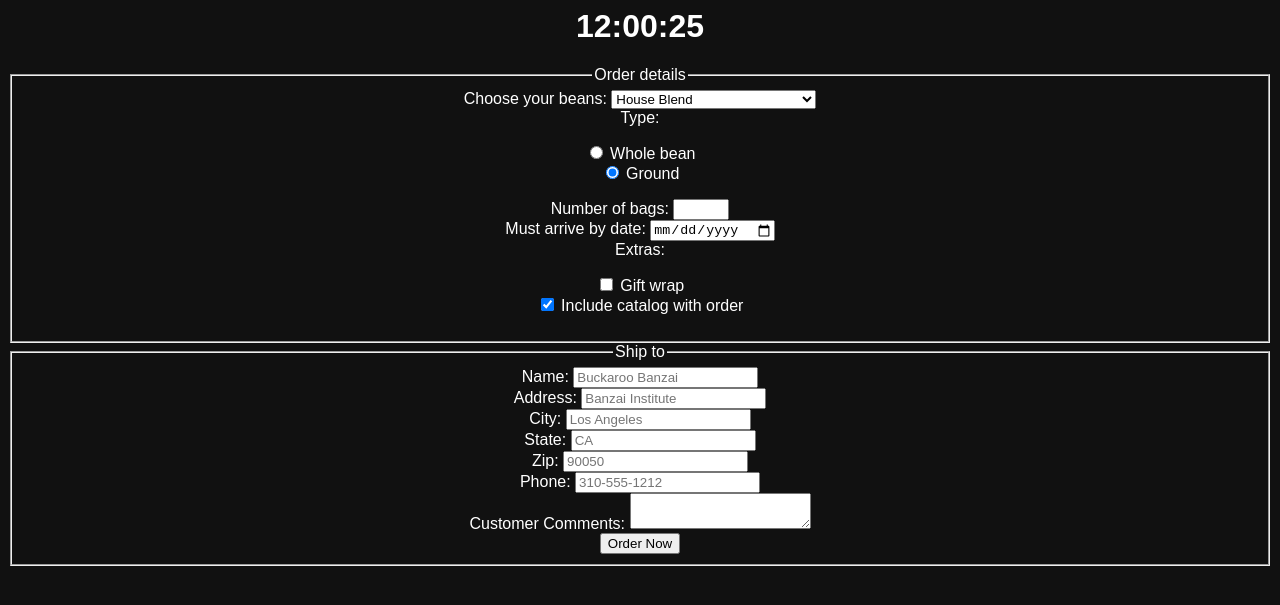
Repository: 43320888/upwork
Page: popup/index.html
The author's editor kept a copy of each file at every save. The page is drawn from the files as they stood at one save, then again after the next save.
The browser window is 1280 px wide. The pictures show the whole page.

Above is the page before, as saved 2019-01-24 10:57:59.

### popup/index.html
<meta http-equiv="Content-Type" content="text/html;charset=UTF-8">
<style>
	form{
		border-spacing: 10px;
	}
</style>
<body style="background:#111; color:#fff; font-family: Arial, Helvetica, sans-serif; text-align: center">
	<h1><div></div><script src="timer.js"></script></h1>
	<form action="http://www.starbuzzcoffee.com/processorder.php" method="post">
		<fieldset>
			<legend>Order details</legend>
			<div class="tableRow">
				<label for="beans">
				  Choose your beans:
				</label>
		    <select id="beans" name="beans">
		      <option value="House Blend">House Blend</option>
		      <option value="Bolivia">Shade Grown Bolivia Supremo</option>
		      <option value="Guatemala">Organic Guatemala</option>
		      <option value="Kenya">Kenya</option>
		    </select>
			</div>
			<div class="tableRow">
				<label>Type:</label>
				<p>
				   <input type="radio" id="whole_beantype" name="beantype" value="whole">
						<label for="whole_beantype">Whole bean</label><br>
			    <input type="radio" id="ground_beantype" name="beantype" value="ground" checked>
				    <label for="ground_beantype">Ground</label>
				</p>
			</div>
			<div class="tableRow">
				<label for="bags">Number of bags:</label>
				<input type="number" id="bags" name="bags" min="1" max="10">
			</div>
			<div class="tableRow">
				<label for="date">Must arrive by date:</label>
				<input type="date" name="date">
			</div>
			<div class="tableRow">
				<label>Extras:</label>
				<p>
			    <input type="checkbox" id="giftwrap_extras" name="extras[]" value="giftwrap">
						<label for="giftwrap_extras">Gift wrap</label><br>
			    <input type="checkbox" id="catalog_extras" name="extras[]" value="catalog" checked>
				    <label for="catalog_extras">Include catalog with order</label>
				</p>
			</div>
		</fieldset>
		<fieldset>
			<legend>Ship to</legend>
			<div class="tableRow">
				<label for="name">Name:</label>
				<input type="text" id="name" name="name" value="" placeholder="Buckaroo Banzai" required>
			</div>
			<div class="tableRow">
				<label for="address">Address:</label>
				<input type="text" id="address" name="address" value="" placeholder="Banzai Institute" required>
			</div>
			<div class="tableRow">
				<label for="city">City:</label>
				<input type="text" id="city" name="city" value="" placeholder="Los Angeles" required>
			</div>
			<div class="tableRow">
				<label for="state">State:</label>
				<input type="text" id="state" name="state" value="" placeholder="CA" required>
			</div>
			<div class="tableRow">
				<label for="zip">Zip:</label>
				<input type="text" id="zip" name="zip" value="" placeholder="90050" required>
			</div>
			<div class="tableRow">
				<label for="phone">Phone:</label>
				<input type="tel" id="phone" name="phone" value="" placeholder="310-555-1212" required>
			</div>
			<div class="tableRow">
				<label for="comments">Customer Comments:</label>
		    <textarea id="comments" name="comments"></textarea>
			</div>
			<div class="tableRow">
				<label></label>
				<input type="submit" value="Order Now">
			</div>
		</fieldset>
	    </form>
</body>

### popup/timer.js
(() => {
	const x = new Date().getTime() + 30000;
	const j = document.querySelector('h1 div');

	const backTimer = () => {
		const i = new Date().getTime();
		if (i < x) {
			j.innerHTML = new Date(x - i).toLocaleTimeString().slice(0, -3);
			setTimeout(backTimer, 500);
		} else {
			// j.innerHTML = "00:00:00";
			document.body.innerHTML = '<h1>Time is over</h1>';
		}
	}
	backTimer();
})();

After the next save:
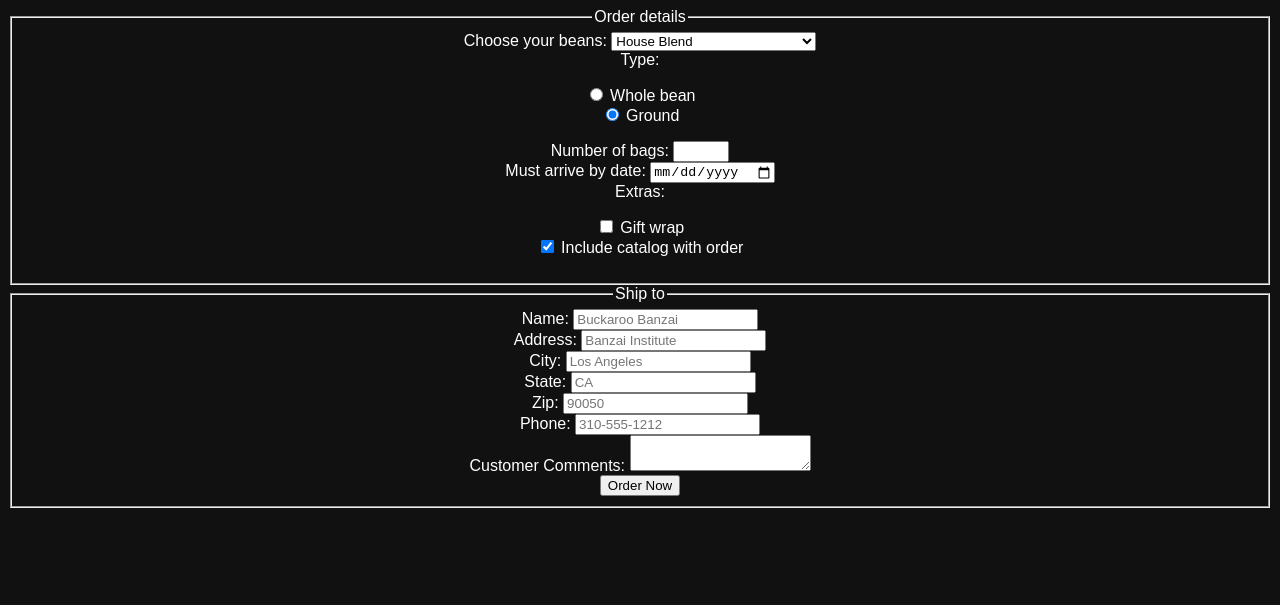
Console error (its wording comes from the project's code and is left out).
Saved 4 min 55 s later.
--- a/popup/timer.js
+++ b/popup/timer.js
@@ -1,11 +1,10 @@
 (() => {
-	const x = new Date().getTime() + 30000;
+	const x = ['00 ', '00 ', 60];
 	const j = document.querySelector('h1 div');
 
 	const backTimer = () => {
-		const i = new Date().getTime();
-		if (i < x) {
-			j.innerHTML = new Date(x - i).toLocaleTimeString().slice(0, -3);
+		if (x[2]) {
+			j.innerHTML = (x[2] - 1).toString(':');
 			setTimeout(backTimer, 500);
 		} else {
 			// j.innerHTML = "00:00:00";

After the 2 saves that followed:
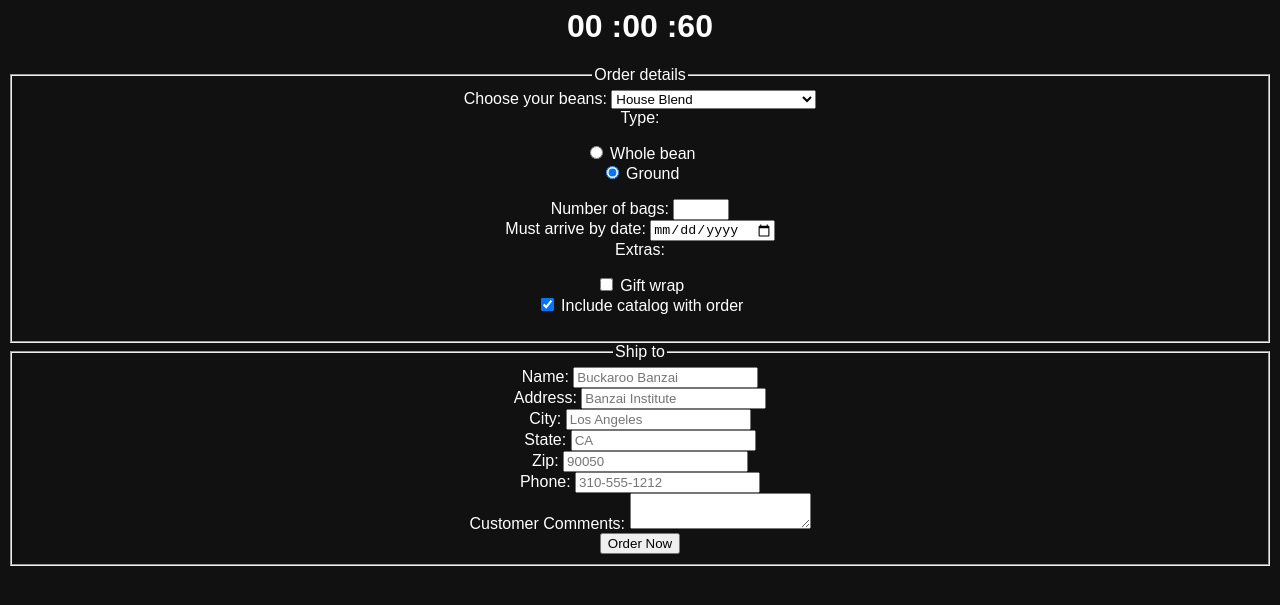
The error is gone.
The 2 saves are shown as one change because 1 left the picture as it was.
The last was saved 3 min 14 s later.
--- a/popup/timer.js
+++ b/popup/timer.js
@@ -4,7 +4,8 @@
 
 	const backTimer = () => {
 		if (x[2]) {
-			j.innerHTML = (x[2] - 1).toString(':');
+			x[2] - 1
+			j.innerHTML = x.join(':');
 			setTimeout(backTimer, 500);
 		} else {
 			// j.innerHTML = "00:00:00";
